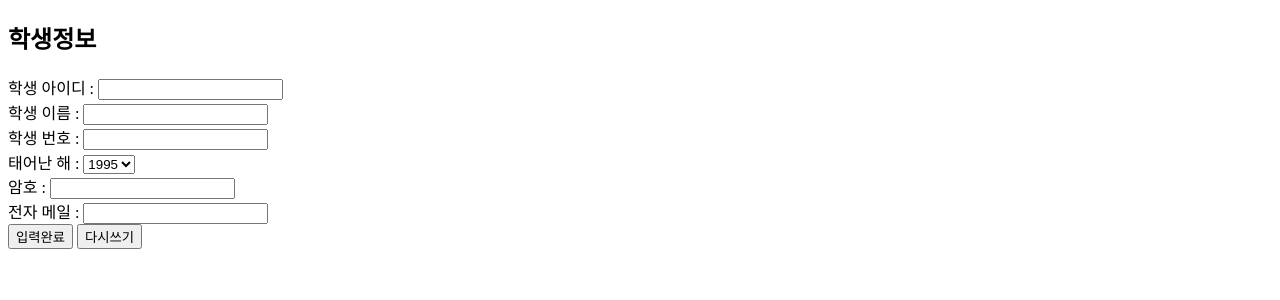
Repository: sunyeongan/Univ_lecture
Page: WebSever_2022/work/week12/week12/src/main/webapp/form2.html
An editor plug-in stored every save of this project. The page is shown before and after the next save, followed by the edit.
The browser window is 1280 px wide. The pictures show the whole page.

Above is the page before, as saved 2022-05-17 02:12:10.

### WebSever_2022/work/week12/week12/src/main/webapp/form2.html
<!DOCTYPE html>
<html>
<head>
<meta http-equiv="Content-Type" content="text/html;charset=EUC-KR">
<title>학생 </title>
</head>
<body>
	<h2> 학생정보 </h2>
	<form method = post action = form.jsp>
	학생 아이디 : <input type = text name = id ><br>
	학생 이름  : <input type = text name = Sname><br>
	학생 번호 : <input type = text name = call><br>
	태어난 해 : <select>
				<option>1995</option>
				<option>1996</option>
			</select><br>
	암호 : <input type = password name = pw><br>
	전자 메일 : <input type = "text" name = mail><br>
	<input type="submit" value = "입력완료">
	<input type="submit" value = "다시쓰기">
	</form>


</body>
</html>

After the next save:
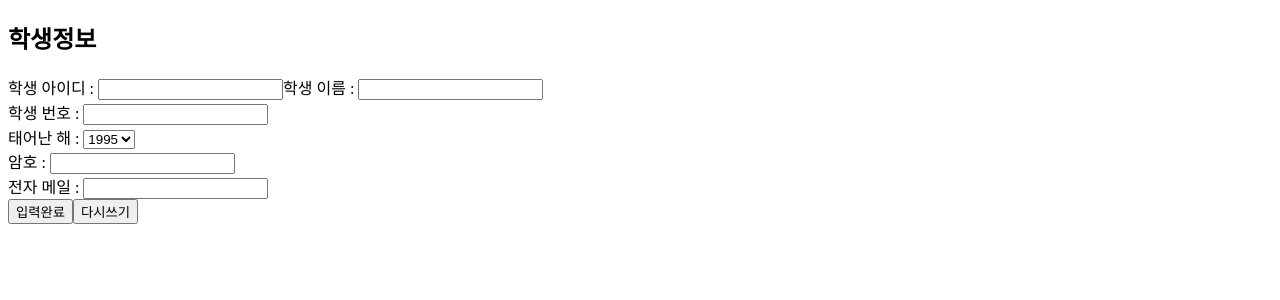
Saved 63 s later.
--- a/WebSever_2022/work/week12/week12/src/main/webapp/form2.html
+++ b/WebSever_2022/work/week12/week12/src/main/webapp/form2.html
@@ -7,8 +7,9 @@
 <body>
 	<h2> 학생정보 </h2>
 	<form method = post action = form.jsp>
-	학생 아이디 : <input type = text name = id ><br>
-	학생 이름  : <input type = text name = Sname><br>
+	<table>
+	<tr>학생 아이디 : <input type = text name = id ></tr>
+	<tr>학생 이름  : <input type = text name = Sname><br></tr>
 	학생 번호 : <input type = text name = call><br>
 	태어난 해 : <select>
 				<option>1995</option>
@@ -18,6 +19,8 @@
 	전자 메일 : <input type = "text" name = mail><br>
 	<input type="submit" value = "입력완료">
 	<input type="submit" value = "다시쓰기">
+	</table>
+
 	</form>
 
 
